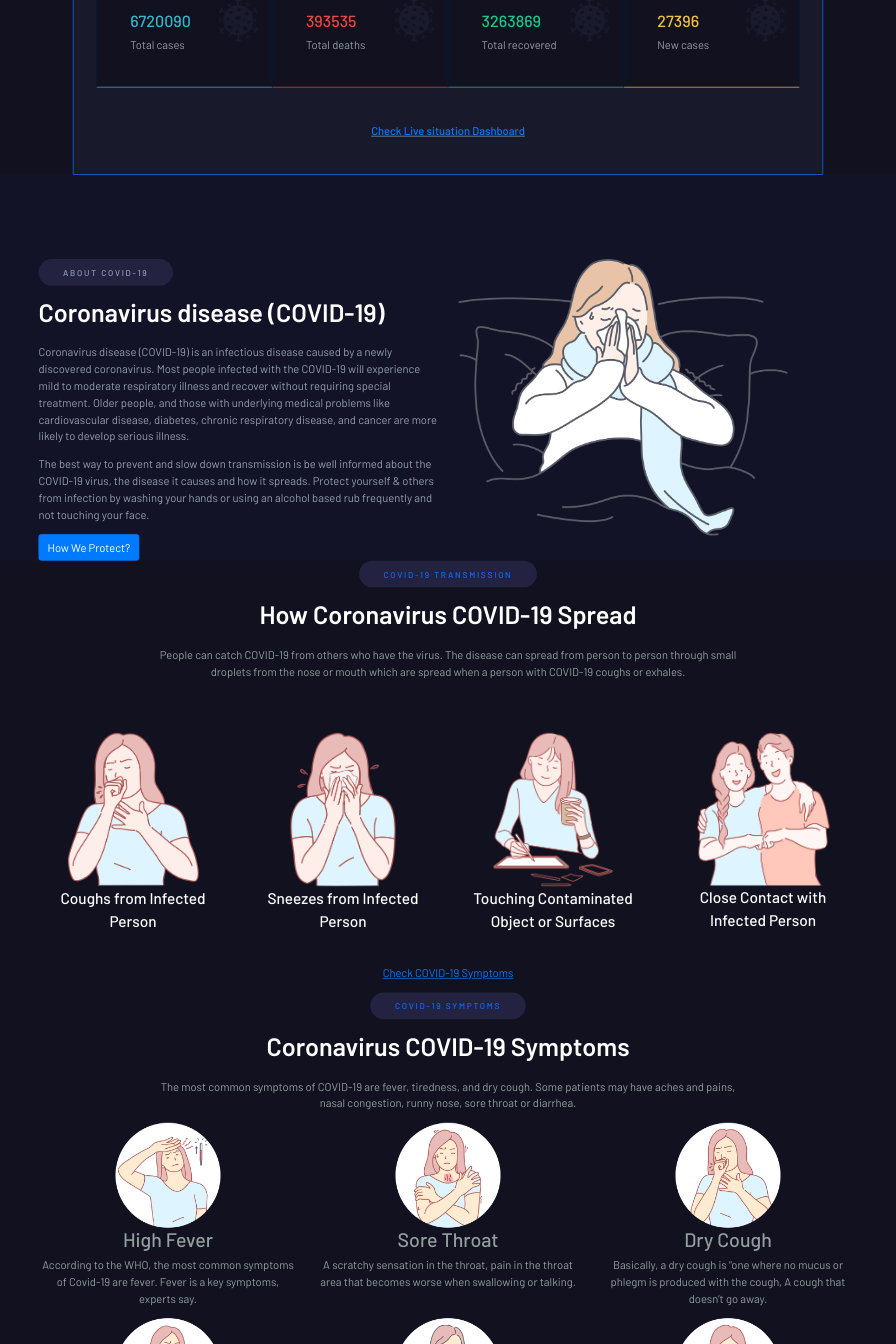
Repository: sitikhusushan/corona_updates
Page: index.html
These files come from the project's save history. The page is drawn as it stood at one moment and after the next save; the edit follows.
The browser window is 1280 px wide. The pictures show the part of the page from y = 550 to 2470 px (the page is 4735 px tall before and 4615 px after), at 70% of full size.
Some web libraries are served in a nearby version.

Above is the page before, as saved 2020-06-12 03:09:48.

After the next save:
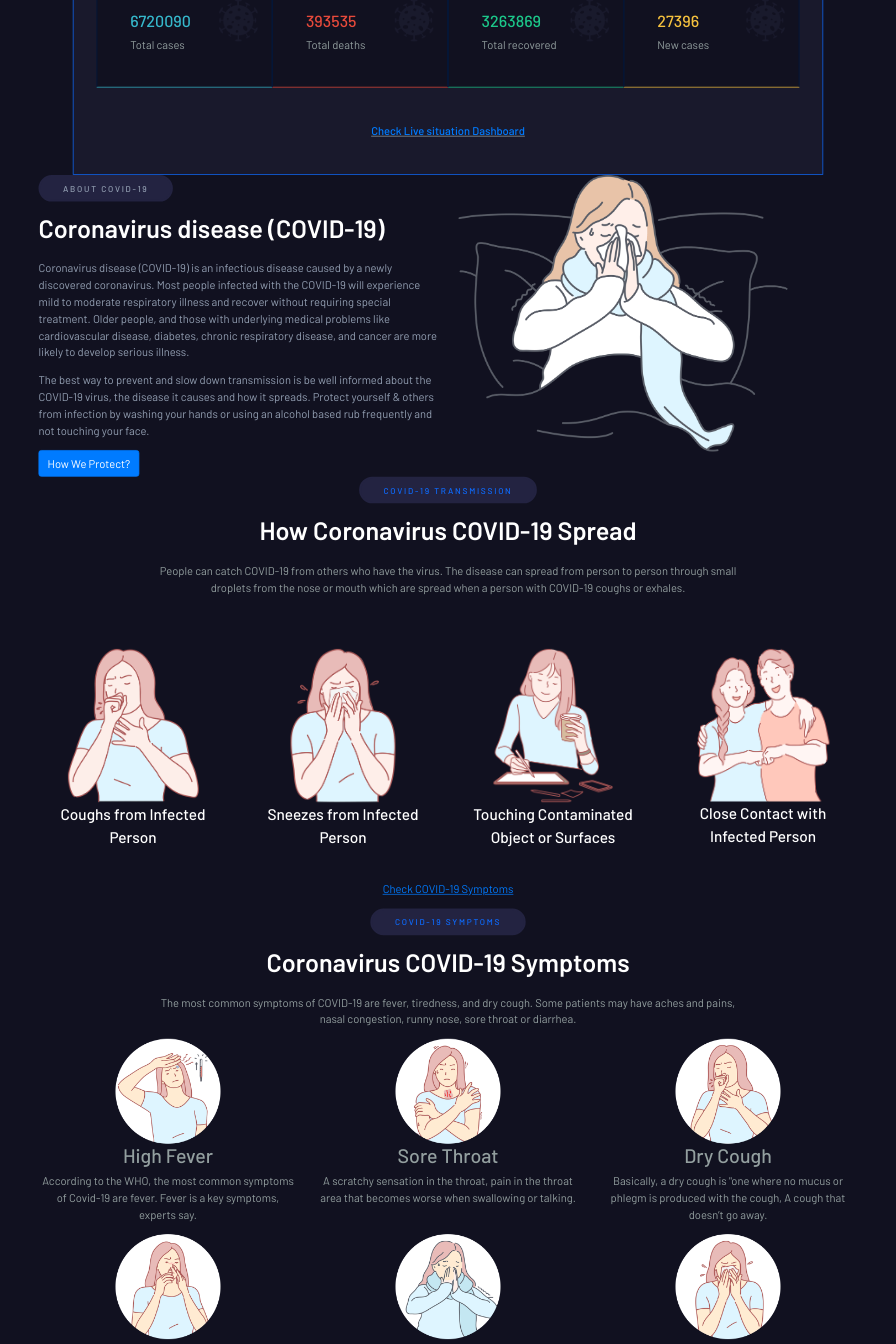
Saved 3 min 14 s later.
--- a/style.css
+++ b/style.css
@@ -223,8 +223,11 @@
   font-weight: 600;
 }
 
-.about {
+.bg-color {
   background-color: #131327;
+}
+
+.top {
   padding-top: 120px;
 }
 
